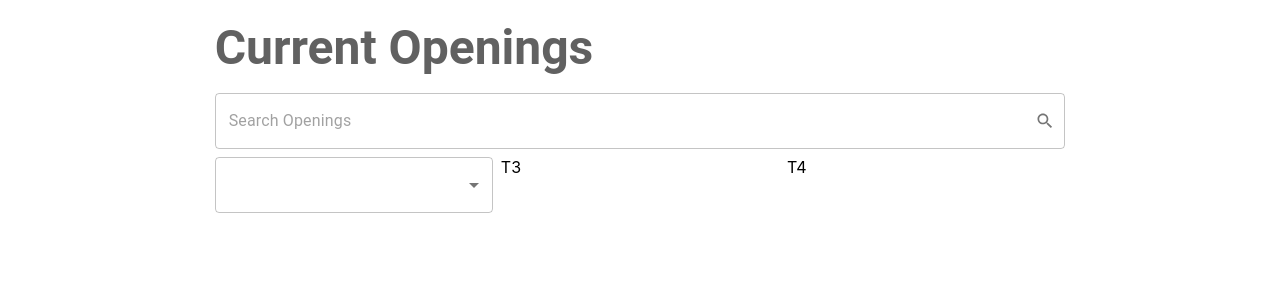
Repository: samihankuttan/technorix
Page: / (app in interview-test/)
The author's editor kept a copy of each file at every save. The page is drawn from the files as they stood at one save, then again after the next save.
The browser window is 1280 px wide. The pictures show the whole page.
The page's requests for data from a server got no answer. The project was rebuilt for these pictures with package versions that can differ from the ones it lists, and the page was loaded fresh each time. No one was signed in, and anything a server would have sent is missing. Also part of the build but not shown: interview-test/src/components/Card1.js, interview-test/src/components/Card2.js.

Above is the page before, as saved 2022-07-21 00:32:59.

### interview-test/src/App.js
import './App.css';
import React, { useState, useEffect } from 'react';
import { Box, Grid, Typography } from '@mui/material';


import { APIS } from './apiconstants/APIURLS';

import InputBox from './components/InputBox';
import SelectBox from './components/SelectBox';

import Card1 from './components/Card1';
import Card2 from './components/Card2';

function App() {
  const [values, setValues] = React.useState({
    searchInput: '',
    allJobs:[],
    JobListByDepartments:[]
  });

  useEffect(() => {
    getAllJobs();
  },[]);


  const getAllJobs = () => {
    try {
      fetch(APIS.getAllJobs)
        .then(res => res.json())
        .then((result) => {
            console.log("result > ", result)
            setValues({ ...values, ['allJobs']: result });
            sortByDepartments(result);
          },
          (error) => {
            console.log("error > ", error)
          }
        )
    } catch (ex) { }
  }

const sortByDepartments=(list)=>{
  try{
    let departments=[];
    for(let item of list){
      departments=[...departments,{
        department:item.department
      }];
    }
    let JobListByDepartments = departments.filter( (ele, ind) => ind === departments.findIndex( elem => elem.department.id === ele.department.id))
    console.log("JobListByDepartments > ", JobListByDepartments)

    for (let d of JobListByDepartments) {
      let arr = [];
      for (let job of list) {
        if (job.department.id === d.department.id) {
          arr = [...arr, job]
        }
      }
      d.jobs = arr;
    }
    console.log("JobListByDepartments > ", JobListByDepartments)
    setValues({ ...values, ['JobListByDepartments']: JobListByDepartments });

  }catch(ex){
    console.log("ex > ", ex)
  }
}


  const handleChange = (prop) => (event) => {
    setValues({ ...values, [prop]: event.target.value });
  };



  return (
    <>
      <Box sx={{ flexGrow: 1 }}>
        <Grid container spacing={1}>
          <Grid item xs={12} sm={12} md={2} lg={2}></Grid>
          <Grid item xs={12} sm={12} md={8} lg={8}>
            <div style={{ height: 20 }}>&nbsp;</div>
            <Grid container spacing={1}>
              <Grid item xs={12} sm={12} md={12} lg={12}>
                <Typography variant="h3" gutterBottom component="div" className='title1'>
                  Current Openings
                </Typography>
              </Grid>
            </Grid>

            <Grid container spacing={1}>
              <Grid item xs={12} sm={12} md={12} lg={12}>
                <InputBox
                  id="search-input"
                  type="text"
                  placeholder="Search Openings"
                  value={values.searchInput}
                  onChange={handleChange('searchInput')}
                  onClick={null}
                />
              </Grid>
              <Grid item xs={12} sm={12} md={12} lg={12}>
                <Grid container spacing={1}>
                  <Grid item xs={12} sm={12} md={4} lg={4}>
                    <SelectBox
                     id="Department-dropdown"
                     value={""}
                     label="Department"
                     onChange={null}
                     options={[]}
                    />
                  </Grid>
                  <Grid item xs={12} sm={12} md={4} lg={4}>
                    T3
                  </Grid>
                  <Grid item xs={12} sm={12} md={4} lg={4}>
                    T4
                  </Grid>
                </Grid>
              </Grid>
            </Grid>

            <Grid container spacing={1}>
            <Grid item xs={12} sm={12} md={12} lg={12}>
              {values.JobListByDepartments.map((item,i)=>(
                <>
                <Card1 title={item.department.title}/>

                  {item.jobs.map((jitem,j)=>(
                    <>
                    <Card2
                    title={jitem.title}
                    function={jitem.function}
                    location={jitem.location}
                    type={jitem.type}
                    />
                    </>
                  ))}
                  <br/><br/>

                </>
              ))}
            </Grid>
            </Grid>


          </Grid>
          <Grid item xs={12} sm={12} md={2} lg={2}></Grid>
        </Grid>
      </Box>
    </>
  );
}

export default App;

### interview-test/src/App.css
.title1{
  letter-spacing: 1;
  font-weight: bold !important;
  color: #616161 !important;
}

.title2{
  letter-spacing: 1;
  font-weight: bold !important;
  color: #000 !important;
}

.title3{
  letter-spacing: 1;
  font-weight: bold !important;
  color: #263238 !important;
}



.subtitle1{
  letter-spacing: 1;
  color: #37474f !important;
}

.list-box{
  height: 120px !important;
}

.list-box:hover{
  background-color: #eceff1 !important;
  cursor: pointer !important;
}

.list-margin{
  margin-left: 10px !important;
  padding-top: 10px !important;
}

.btn-round{
  border-radius: 50px !important;
  min-width: 110px !important;
}

### interview-test/src/apiconstants/APIURLS.js
let baseURL="https://teknorix.jobsoid.com/";

export const APIS={
    getAllJobs:baseURL+"api/v1/jobs",
    getAllDepartments:baseURL+"api/v1/departments",
};

### interview-test/src/components/InputBox.js
import * as React from 'react';
import IconButton from '@mui/material/IconButton';
import InputLabel from '@mui/material/InputLabel';
import OutlinedInput from '@mui/material/OutlinedInput';
import InputAdornment from '@mui/material/InputAdornment';
import SearchIcon from '@mui/icons-material/Search';

export default function InputBox(props) {


    return (
        <>
            <OutlinedInput
                style={{width:'100%'}}
                id={props.id}
                type={props.type}
                value={props.value}
                onChange={props.onChange}
                endAdornment={
                    <InputAdornment position="end">
                        <IconButton
                            aria-label="search button"
                            onClick={null}
                            edge="end"
                        >
                            <SearchIcon fontSize="small" />
                        </IconButton>
                    </InputAdornment>
                }
                placeholder={props.placeholder}
            />
        </>
    );
}

### interview-test/src/components/SelectBox.js
import * as React from 'react';
import Select from '@mui/material/Select';
import MenuItem from '@mui/material/MenuItem';


export default function SelectBox(props) {


    return (
        <>
            <Select
                style={{ width: '100%' }}
                id={props.id}
                value={props.value}
                placeholder={props.label}
                onChange={props.onChange}
                renderValue={(selected) => {
                    if (selected.length === 0) {
                        return <em>{props.label}</em>;
                    }

                    return selected.join(', ');
                }}
            >
                <MenuItem disabled value="">
                    <em>{props.label}</em>
                </MenuItem>
                {props.options.map((item, i) => (
                    <MenuItem value={item.value}>{item.name}</MenuItem>
                ))}


            </Select>
        </>
    );
}

Loaded but not shown: interview-test/public/index.html (common file); interview-test/src/index.js (common file); interview-test/src/index.css (common file); interview-test/src/reportWebVitals.js (common file)

After the next save:
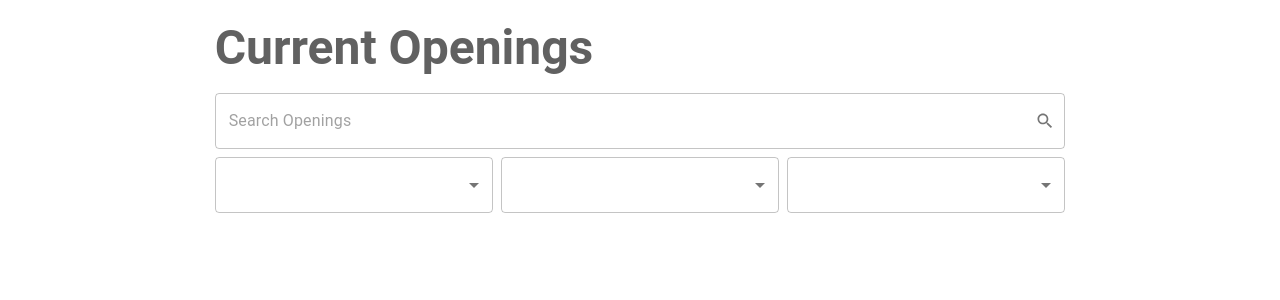
Saved 50 s later.
--- a/interview-test/src/App.js
+++ b/interview-test/src/App.js
@@ -104,7 +104,7 @@ const sortByDepartments=(list)=>{
                 <Grid container spacing={1}>
                   <Grid item xs={12} sm={12} md={4} lg={4}>
                     <SelectBox
-                     id="Department-dropdown"
+                     id="Department-dropdown-1"
                      value={""}
                      label="Department"
                      onChange={null}
@@ -112,10 +112,22 @@ const sortByDepartments=(list)=>{
                     />
                   </Grid>
                   <Grid item xs={12} sm={12} md={4} lg={4}>
-                    T3
+                  <SelectBox
+                     id="Department-dropdown-2"
+                     value={""}
+                     label="Location"
+                     onChange={null}
+                     options={[]}
+                    />
                   </Grid>
                   <Grid item xs={12} sm={12} md={4} lg={4}>
-                    T4
+                  <SelectBox
+                     id="Department-dropdown-3"
+                     value={""}
+                     label="Function"
+                     onChange={null}
+                     options={[]}
+                    />
                   </Grid>
                 </Grid>
               </Grid>
